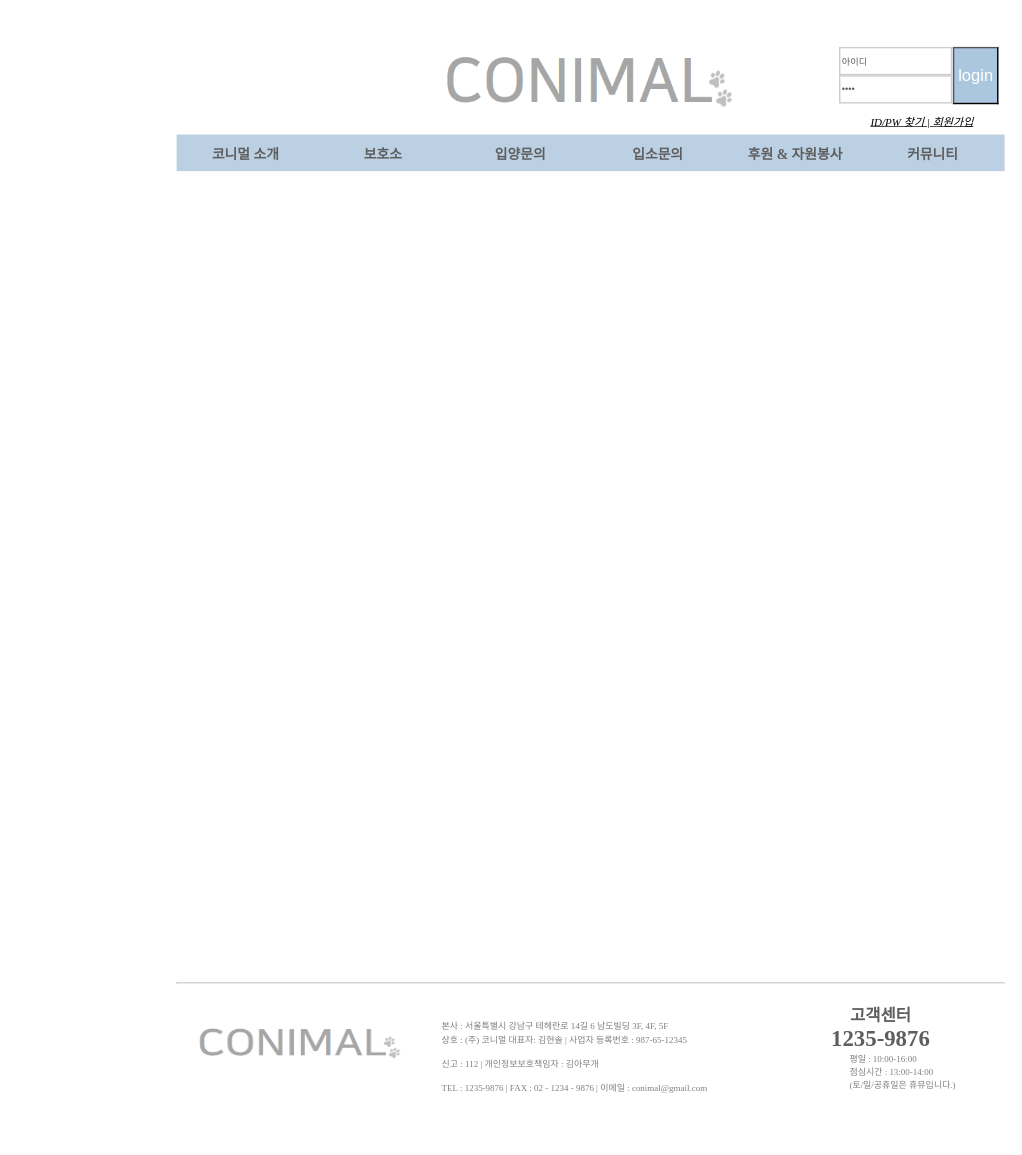
Repository: rlagusthf12/SemiProject
Page: http://localhost/jspProject/
An editor plug-in stored every save of this project. The page is shown before and after the next save, followed by the edit.
The browser window is 1280 px wide. The page is 1481 px wide, then 1431 px, then 1481 px, so the pictures cover 1481 px, including what lies to the right of the window. The pictures show the whole page, at 69% of full size.
The page is served by Tomcat 9. Other server files are loaded and not shown.

Above is the page before, as saved 2021-05-10 15:01:55.

### semiproject/jspProject/WebContent/index.jsp
<%@ page language="java" contentType="text/html; charset=UTF-8"
    pageEncoding="UTF-8"%>
<!DOCTYPE html>
<html>
<head>
<meta charset="UTF-8">
<title>Insert title here</title>
</head>
<body>

	<!--

		* 회원서비스		| C (Insert) | R (Select) | U (Update) | D (Delete)
		==============================================================================
			로그인		|			 |		O	  |			   |
		   	회원가입		|	  O		 |			  |			   |
		 [아이디중복확인]	|			 |		O	  | 		   |
		   	마이페이지		|			 |		O	  |			   |
		   	정보변경		|			 |			  |		O	   |
			회원탈퇴		|			 |			  |		O	   |	 O


		* 공지사항서비스 - 공지사항리스트조회(R)/공지사항상세조회(R)/공지사항작성(C)/공지사항수정(U)/공지사항삭제(U|D)

		* 일반게시판서비스 - 게시판리스트조회(R)-페이징처리/게시판상세조회(R)/게시판작성(C)-첨부파일1개업로드/
						 게시판수정(U)/게시판삭제(U|D)/[댓글리스트조회(R)/댓글작성(C)]

		* 사진게시판서비스 - 게시판리스트조회(R)-썸네일/게시판상세조회(R)/게시판작성(C)-다중첨부파일업로드


	-->

	<%@ include file="views/common/mainPage.jsp" %>






</body>
</html>

### semiproject/jspProject/WebContent/views/common/mainPage.jsp
<%@ page language="java" contentType="text/html; charset=UTF-8"
    pageEncoding="UTF-8"%>
<!DOCTYPE html>
<html>
<head>

<title>Insert title here</title>

<meta charset="UTF-8">

<style>
  .main{
        width: 1200px;
        height: 1600px;
        position:absolute;
  		left:20%;

    }

    .head{height: 15%; }
    .body{height: 73%;}
    .foot{height: 12%;}

    .logo,.login {
        float:left;
        height: 60%;
    }


    .logo{width: 60%;
        padding-top: 60px;
        padding-left: 240px;
    }

    .login{width: 20%;
         height: 60%;
         padding-top: 60px;
    }

    .on{ height: 78%;}

    #loginform>*{

        float:left;
    }
    .id_pwd{width: 65%; height: 70px; } .loginbtn{width: 35%;}

    .pwd,.id{
        color: rgb(94, 94, 94);
        border-style: solid;
        border-color: rgb(204, 204, 204);
        width:100%;
        height:50%;
    }
    .loginbtn>input{
        font-size: 24px;
        color: rgb(255, 255, 255);
        line-height: 3.2em;
        background-color: rgb(171, 198, 223);
        text-align: center;
    }

    .find{
      text-decoration-line: underline;
       font-style: italic;
       font-size: 16px;
       line-height: 3.2em;
    }

    .navi{
            height:22%;
            background-color: rgb(187, 208, 227);
            text-align: center;


     }
     .menu{
         float: left;
         line-height: 2.8em;
        font-size: 20px;
        color: rgb(94, 94, 94);
        font-family: HanSans;
        width: 16.6%;
        font-weight: bold;

     }

     .call{
         width:30%;
         height: 100%;
         float:left;
     }

     .minLogo{
         width:30%;
         padding-top: 30px;
         height: 100%;
         float:left;
     }
     .ex{
        width:40%;
        float:left;
        height:100%;
        padding-top: 25px;
    }
     .ect{

        font-size: 13px;
        color: rgb(127, 127, 127);
        text-align: left;
        width:90%;

     }
     .ect2{
        font-weight: bold; font-size: 24px; text-align: center; color: rgb(94, 94, 94);
     }
     .ect3{
        font-weight: bold; font-size: 33px; text-align: center; color: rgb(94, 94, 94);
     }
     #al{
        width: 250px;
        padding-left: 135px;
     }

</style>
</head>

<body>

    <div align="center" class="main">
        <div class="head">
            <div class="on">
            <div class="logo">
                <image src="resources/images/mainLogo.png">
            </div>
            <div class="login">
            <form action="" id="loginform">
                <div class="id_pwd">
                <input type="text" class="id" value="아이디">
                <input type="password" class="pwd" value="비밀번호" >
                </div>
                <div class="loginbtn">
                <input type="submit" value="login">
                </div>
            </form>
                    <span class="find">ID/PW 찾기 | 회원가입</span>
            </div>
            </div>

            <div class="navi">
                <div class="menu">
                    코니멀 소개
                </div>
                <div class="menu">
                    보호소
                </div>
                <div class="menu">
                    입양문의
                </div>
                <div class="menu">
                    입소문의
                </div>
                <div class="menu">
                    후원 &amp; 자원봉사
                </div>
                <div class="menu">
                    커뮤니티
                </div>
            </div>

        </div>

        <div class="body">
        </div>
        <div class="foot">
            <hr>
            <br>
            <div class="minLogo">
                <div align="center">
                <image src="resources/images/mainLogo.png" width="300" height="60"></image>
                </div>
            </div>
            <div class="ex">
            <div class="ect">
                본사 : 서울특별시 강남구 테헤란로 14길 6 남도빌딩 3F, 4F, 5F<br>

                상호 : (주) 코니멀 대표자: 김현솔 | 사업자 등록번호 : 987-65-12345 <br><br>

                신고 : 112 | 개인정보보호책임자 : 김아무개<br><br>

                TEL : 1235-9876 | FAX : 02 - 1234 - 9876 | 이메일  :  conimal@gmail.com
            </div>
            </div>


            <div class="call">
                <div class="ect2" >
                    고객센터
                    <div class="ect3">
                    1235-9876

                    </div>
                </div>
                <div class="ect" id="al">
                    평일 : 10:00-16:00<br>
                    점심시간 : 13:00-14:00<br>
                    (토/일/공휴일은 휴뮤입니다.)
                </div>

            </div>
        </div>

     </div>








</body>
</html>

After the next save:
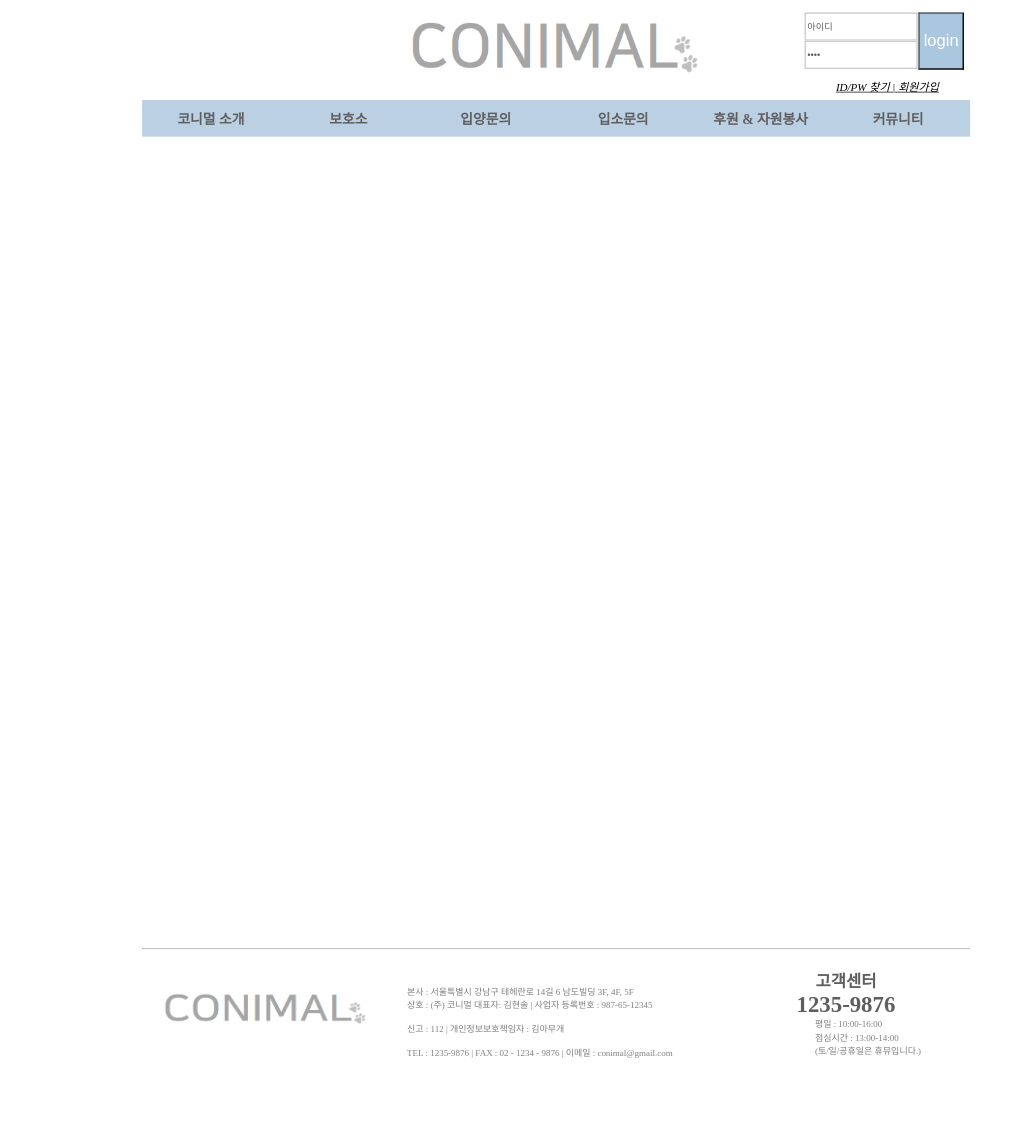
Saved 9 s later.
--- a/semiproject/jspProject/WebContent/views/common/mainPage.jsp
+++ b/semiproject/jspProject/WebContent/views/common/mainPage.jsp
@@ -14,7 +14,7 @@
         height: 1600px;
         position:absolute;
   		left:20%;
-
+  		margin:-50px 0 0 -50px;
     }
 
     .head{height: 15%; }

After the save that followed:
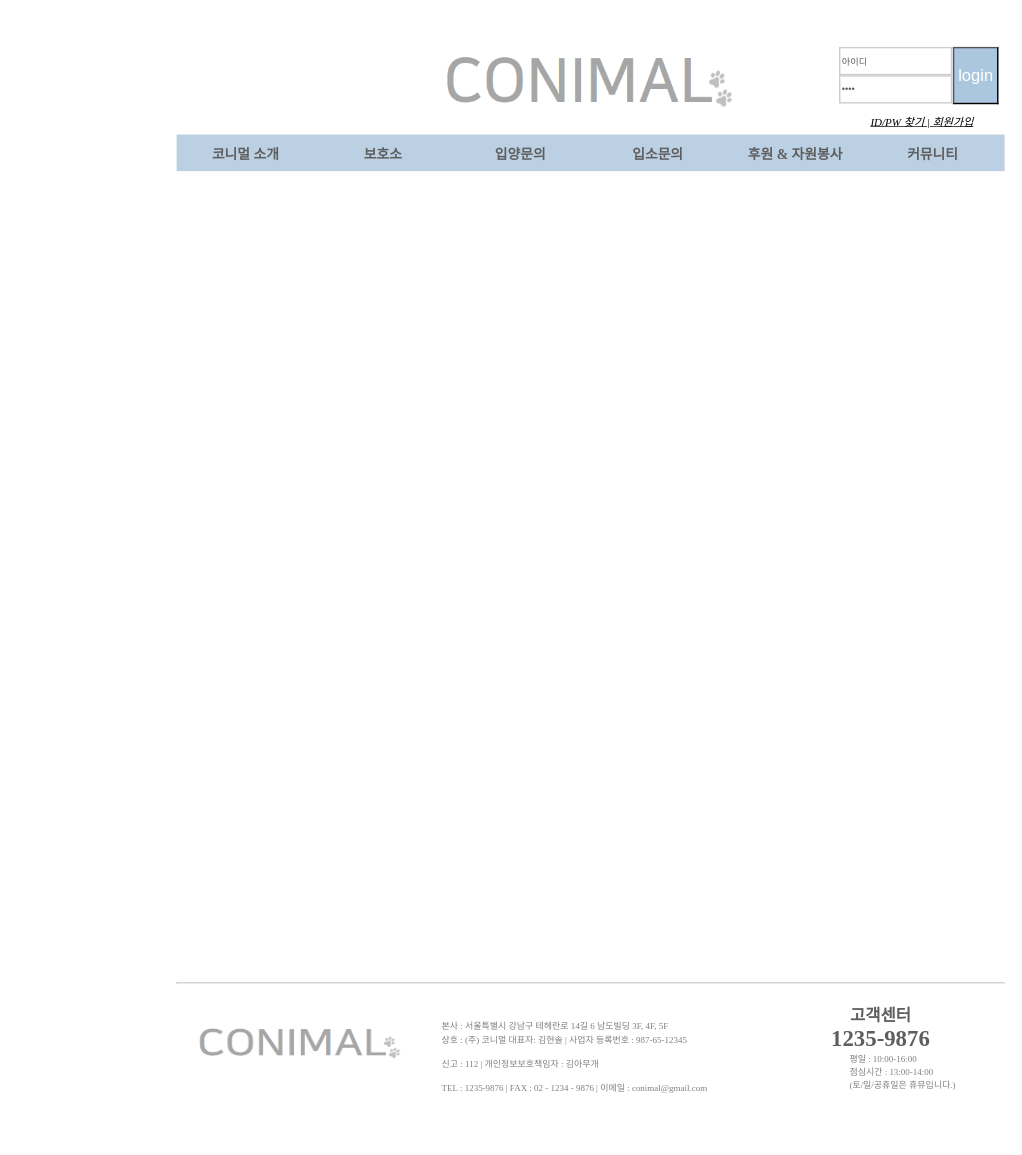
Saved 4 s later.
--- a/semiproject/jspProject/WebContent/views/common/mainPage.jsp
+++ b/semiproject/jspProject/WebContent/views/common/mainPage.jsp
@@ -14,7 +14,7 @@
         height: 1600px;
         position:absolute;
   		left:20%;
-  		margin:-50px 0 0 -50px;
+
     }
 
     .head{height: 15%; }
